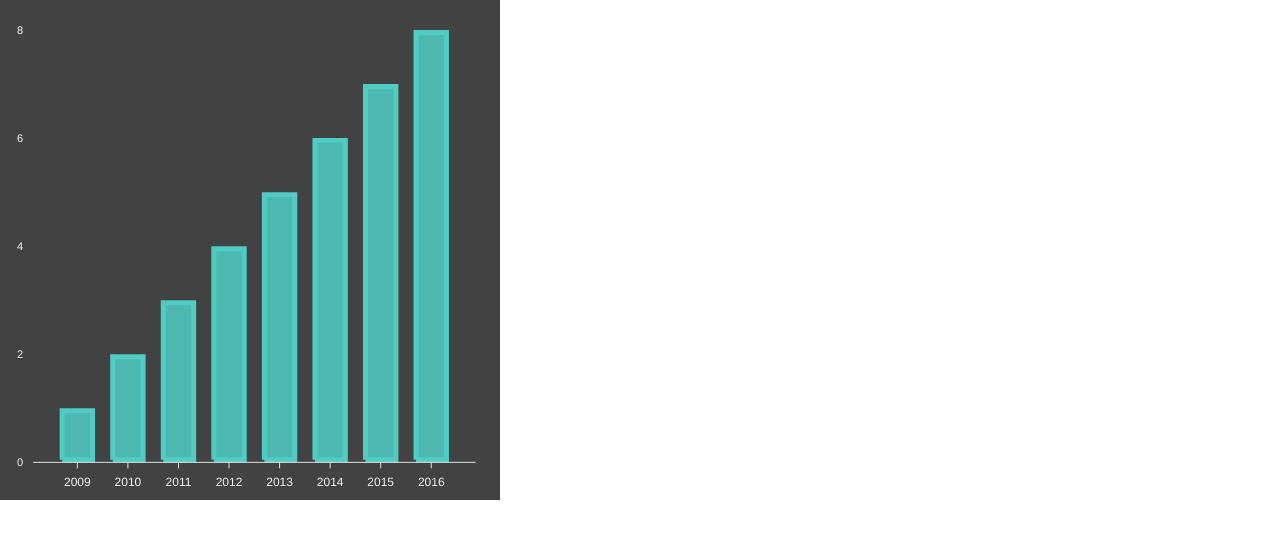
Repository: wanted-pre-onboarding-internship-1team/pre-onboarding-9th-3-1
Page: /
The author's editor kept a copy of each file at every save. The page is drawn from the files as they stood at one save, then again after a run of saves.
The browser window is 1280 px wide. The pictures show the whole page.
The project was rebuilt for these pictures with package versions that can differ from the ones it lists, and the page was loaded fresh each time.

Above is the page before, as saved 2023-03-15 00:48:38.

### public/index.html
<!DOCTYPE html>
<html lang="en">
  <head>
    <meta charset="utf-8" />
    <link rel="icon" href="%PUBLIC_URL%/favicon.ico" />
    <meta name="viewport" content="width=device-width, initial-scale=1" />
    <meta name="theme-color" content="#000000" />

    <title>React App</title>
  </head>

  <body>
    <div id="root"></div>
  </body>
</html>

### src/index.tsx
import App from './App';
import './index.css';
import React from 'react';
import ReactDOM from 'react-dom/client';
import { BrowserRouter } from 'react-router-dom';

const root = ReactDOM.createRoot(
  document.getElementById('root') as HTMLElement
);
root.render(
  <BrowserRouter>
    <App />
  </BrowserRouter>
);

### src/App.tsx
import Router from './router/router';
import { createGlobalStyle } from 'styled-components';
import reset from 'styled-reset';

const GlobalStyle = createGlobalStyle`
  ${reset}
`;

function App() {
  return (
    <>
      <GlobalStyle />
      <Router />
    </>
  );
}

export default App;

### src/router/router.tsx
import Mainpage from '../pages/Mainpage';
import React from 'react';
import { Route, Routes } from 'react-router-dom';

export default function router() {
  return (
    <Routes>
      <Route path='/' element={<Mainpage />} />
    </Routes>
  );
}

### src/pages/Mainpage.tsx
import { api } from '../apis';
import { GetMockResponse } from '../apis/types/mock';
import useMockList from '../hooks/useMockList';
import axios from 'axios';
import React, { useEffect, useState } from 'react';
import ApexCharts from 'react-apexcharts';

export default function Mainpage() {
  const test = useMockList();
  console.log(test);
  return (
    <div>
      <ApexCharts
        type='line'
        height='500'
        width='500'
        series={[
          {
            name: 'Column A',
            type: 'column',
            data: [1, 2, 3, 4, 5, 6, 7, 8],
          },
        ]}
        options={{
          theme: {
            mode: 'dark',
          },
          chart: {
            toolbar: {
              show: false,
            },
          },
          grid: { show: false },
          stroke: {
            curve: 'smooth',
            width: 5,
          },
          xaxis: {
            categories: [2009, 2010, 2011, 2012, 2013, 2014, 2015, 2016],
          },
        }}
      />
      {/* <ApexCharts
        height='500'
        width='1000'
        series={[
          {
            name: 'bar',
            type: 'column',
            data: [...test.barValueList.map(item => ({ y: 1 }))],
          },
          {
            name: 'area',
            type: 'area',
            data: test.areaValueList,
          },
        ]}
        options={{
          dataLabels: {
            enabled: false,
          },

          yaxis: [
            {
              seriesName: 'bar',
              axisTicks: {
                show: true,
              },
              axisBorder: {
                show: true,
              },
              title: {
                text: 'area1',
              },
            },
            {
              opposite: true,
              seriesName: 'area',
              axisTicks: {
                show: true,
              },
              axisBorder: {
                show: true,
              },
              title: {
                text: 'barList',
              },
            },
            {
              seriesName: 'id',
              show: false,
            },
          ],
          xaxis: {
            categories: test.timeList,
          },
          colors: ['#99C2A2', '#66C7F4', '#caa137'],
        }}
      /> */}
    </div>
  );
}

{
  /* <div>
<ApexCharts
  height='500'
  width='1000'
  series={[
    {
      name: 'TEAM A',
      type: 'column',
      data: test.areaValueList,
    },
  ]}
  options={{
    grid: {
      row: {
        colors: ['#f3f3f3', 'transparent'],
        opacity: 0.5,
      },
    },
    stroke: {
      width: [0, 2, 5],
      curve: 'smooth',
    },

    xaxis: {
      categories: test.timeList,
    },
    colors: ['red', 'blue'],
  }}
/>
</div> */
}

### src/hooks/useMockList.ts
import { api } from '../apis';
import { GetMockResponse } from '../apis/types/mock';
import { useEffect, useState } from 'react';

export default function useMockList() {
  const [originData, setOriginData] = useState<GetMockResponse['response']>();

  const dateList = originData ? Object.keys(originData) : [];

  const timeList = originData
    ? Object.keys(originData).map(time => time.split(' ')[1])
    : [];

  const idList = originData
    ? Object.entries(originData).map(entry => entry[1].id)
    : [];

  const barValueList = originData
    ? Object.entries(originData).map(entry => entry[1].value_bar)
    : [];

  const areaValueList = originData
    ? Object.entries(originData).map(entry => entry[1].value_area)
    : [];

  useEffect(() => {
    api.mock.getMockDatas().then(res => {
      const { data } = res;
      setOriginData(data.response);
    });
  }, []);

  return { timeList, dateList, idList, barValueList, areaValueList };
}

### src/apis/index.ts
import { instance } from './instance';
import MockService from './mockService';

const mockService = new MockService(instance);

export const api = { mock: mockService };

### src/apis/instance.ts
import axios, { AxiosInstance, AxiosRequestConfig, AxiosResponse } from 'axios';

interface CustomInstance extends AxiosInstance {
  get<T = unknown, R = AxiosResponse<T>, D = unknown>(
    url: string,
    config?: AxiosRequestConfig<D>
  ): Promise<R>;
}

const instance: CustomInstance = axios.create({
  baseURL: '/',
});

export { instance };

### src/apis/mockService.ts
import { instance } from './instance';
import { GetMockResponse } from './types/mock';

export default class MockService {
  constructor(private api: typeof instance) {}
  getMockDatas = async () => this.api.get<GetMockResponse>('data/mock.json');
}

### public/data/mock.json
{
  "type": "Flexsys Mock API",
  "version": 1.0,
  "response": {
    "2023-02-01 14:32:00": {
      "id": "성북구",
      "value_area": 46,
      "value_bar": 13111
    },
    "2023-02-01 14:32:05": {
      "id": "강남구",
      "value_area": 9,
      "value_bar": 19143
    },
    "2023-02-01 14:32:10": {
      "id": "노원구",
      "value_area": 79,
      "value_bar": 14798
    },
    "2023-02-01 14:32:15": {
      "id": "중랑구",
      "value_area": 4,
      "value_bar": 14456
    },
    "2023-02-01 14:32:20": {
      "id": "노원구",
      "value_area": 97,
      "value_bar": 19116
    },
    "2023-02-01 14:32:25": {
      "id": "성북구",
      "value_area": 66,
      "value_bar": 18098
    },
    "2023-02-01 14:32:30": {
      "id": "중랑구",
      "value_area": 84,
      "value_bar": 16243
    },
    "2023-02-01 14:32:35": {
      "id": "강남구",
      "value_area": 5,
      "value_bar": 13100
    },
    "2023-02-01 14:32:40": {
      "id": "성북구",
      "value_area": 13,
      "value_bar": 19429
    },
    "2023-02-01 14:32:45": {
      "id": "노원구",
      "value_area": 50,
      "value_bar": 14923
    },
    "2023-02-01 14:32:50": {
      "id": "강남구",
      "value_area": 24,
      "value_bar": 10127
    },
    "2023-02-01 14:32:55": {
      "id": "강남구",
      "value_area": 98,
      "value_bar": 12583
    },
    "2023-02-01 14:33:00": {
      "id": "중랑구",
      "value_area": 7,
      "value_bar": 12310
    },
    "2023-02-01 14:33:05": {
      "id": "중랑구",
      "value_area": 21,
      "value_bar": 15764
    },
    "2023-02-01 14:33:10": {
      "id": "강남구",
      "value_area": 67,
      "value_bar": 11060
    },
    "2023-02-01 14:33:15": {
      "id": "강남구",
      "value_area": 69,
      "value_bar": 14857
    },
    "2023-02-01 14:33:20": {
      "id": "노원구",
      "value_area": 86,
      "value_bar": 13995
    },
    "2023-02-01 14:33:25": {
      "id": "중랑구",
      "value_area": 59,
      "value_bar": 14773
    },
    "2023-02-01 14:33:30": {
      "id": "노원구",
      "value_area": 77,
      "value_bar": 18347
    },
    "2023-02-01 14:33:35": {
      "id": "성북구",
      "value_area": 77,
      "value_bar": 15970
    },
    "2023-02-01 14:33:40": {
      "id": "성북구",
      "value_area": 27,
      "value_bar": 18577
    },
    "2023-02-01 14:33:45": {
      "id": "성북구",
      "value_area": 33,
      "value_bar": 11704
    },
    "2023-02-01 14:33:50": {
      "id": "성북구",
      "value_area": 17,
      "value_bar": 17241
    },
    "2023-02-01 14:33:55": {
      "id": "노원구",
      "value_area": 22,
      "value_bar": 14450
    },
    "2023-02-01 14:34:00": {
      "id": "중랑구",
      "value_area": 27,
      "value_bar": 14970
    },
    "2023-02-01 14:34:05": {
      "id": "중랑구",
      "value_area": 99,
      "value_bar": 17906
    },
    "2023-02-01 14:34:10": {
      "id": "강남구",
      "value_area": 65,
      "value_bar": 11233
    },
    "2023-02-01 14:34:15": {
      "id": "노원구",
      "value_area": 38,
      "value_bar": 17306
    },
    "2023-02-01 14:34:20": {
      "id": "성북구",
      "value_area": 63,
      "value_bar": 14577
    },
    "2023-02-01 14:34:25": {
      "id": "중랑구",
      "value_area": 58,
      "value_bar": 13199
    },
    "2023-02-01 14:34:30": {
      "id": "중랑구",
      "value_area": 93,
      "value_bar": 12707
    },
    "2023-02-01 14:34:35": {
      "id": "강남구",
      "value_area": 74,
      "value_bar": 15064
    },
    "2023-02-01 14:34:40": {
      "id": "강남구",
      "value_area": 45,
      "value_bar": 16300
    },
    "2023-02-01 14:34:45": {
      "id": "성북구",
      "value_area": 7,
      "value_bar": 14605
    },
    "2023-02-01 14:34:50": {
      "id": "노원구",
      "value_area": 7,
      "value_bar": 15210
    },
    "2023-02-01 14:34:55": {
      "id": "성북구",
      "value_area": 89,
      "value_bar": 13578
    },
    "2023-02-01 14:35:00": {
      "id": "중랑구",
      "value_area": 37,
      "value_bar": 11298
    },
    "2023-02-01 14:35:05": {
      "id": "노원구",
      "value_area": 82,
      "value_bar": 15686
    },
    "2023-02-01 14:35:10": {
      "id": "중랑구",
      "value_area": 19,
      "value_bar": 11485
    },
    "2023-02-01 14:35:15": {
      "id": "성북구",
      "value_area": 37,
      "value_bar": 16848
    },
    "2023-02-01 14:35:20": {
      "id": "성북구",
      "value_area": 91,
      "value_bar": 18670
    },
    "2023-02-01 14:35:25": {
      "id": "강남구",
      "value_area": 44,
      "value_bar": 17165
    },
    "2023-02-01 14:35:30": {
      "id": "성북구",
      "value_area": 88,
      "value_bar": 15053
    },
    "2023-02-01 14:35:35": {
      "id": "성북구",
      "value_area": 1,
      "value_bar": 14998
    },
    "2023-02-01 14:35:40": {
      "id": "강남구",
      "value_area": 7,
      "value_bar": 17739
    },
    "2023-02-01 14:35:45": {
      "id": "중랑구",
      "value_area": 17,
      "value_bar": 19212
    },
    "2023-02-01 14:35:50": {
      "id": "노원구",
      "value_area": 73,
      "value_bar": 16757
    },
    "2023-02-01 14:35:55": {
      "id": "노원구",
      "value_area": 24,
      "value_bar": 12864
    },
    "2023-02-01 14:36:00": {
      "id": "노원구",
      "value_area": 99,
      "value_bar": 10178
    },
    "2023-02-01 14:36:05": {
      "id": "성북구",
      "value_area": 13,
      "value_bar": 19425
    },
    "2023-02-01 14:36:10": {
      "id": "강남구",
      "value_area": 2,
      "value_bar": 12455
    },
    "2023-02-01 14:36:15": {
      "id": "노원구",
      "value_area": 91,
      "value_bar": 16945
    },
    "2023-02-01 14:36:20": {
      "id": "성북구",
      "value_area": 10,
      "value_bar": 13734
    },
    "2023-02-01 14:36:25": {
      "id": "성북구",
      "value_area": 14,
      "value_bar": 13894
    },
    "2023-02-01 14:36:30": {
      "id": "중랑구",
      "value_area": 82,
      "value_bar": 19367
    },
    "2023-02-01 14:36:35": {
      "id": "중랑구",
      "value_area": 71,
      "value_bar": 15492
    },
    "2023-02-01 14:36:40": {
      "id": "강남구",
      "value_area": 2,
      "value_bar": 19082
    },
    "2023-02-01 14:36:45": {
      "id": "노원구",
      "value_area": 24,
      "value_bar": 13117
    },
    "2023-02-01 14:36:50": {
      "id": "노원구",
      "value_area": 96,
      "value_bar": 15744
    },
    "2023-02-01 14:36:55": {
      "id": "성북구",
      "value_area": 74,
      "value_bar": 15609
    },
    "2023-02-01 14:37:00": {
      "id": "노원구",
      "value_area": 48,
      "value_bar": 14747
    },
    "2023-02-01 14:37:05": {
      "id": "중랑구",
      "value_area": 34,
      "value_bar": 15331
    },
    "2023-02-01 14:37:10": {
      "id": "노원구",
      "value_area": 73,
      "value_bar": 12292
    },
    "2023-02-01 14:37:15": {
      "id": "강남구",
      "value_area": 77,
      "value_bar": 11454
    },
    "2023-02-01 14:37:20": {
      "id": "강남구",
      "value_area": 94,
      "value_bar": 12972
    },
    "2023-02-01 14:37:25": {
      "id": "성북구",
      "value_area": 29,
      "value_bar": 19279
    },
    "2023-02-01 14:37:30": {
      "id": "노원구",
      "value_area": 73,
      "value_bar": 18371
    },
    "2023-02-01 14:37:35": {
      "id": "노원구",
      "value_area": 50,
      "value_bar": 13317
    },
    "2023-02-01 14:37:40": {
      "id": "강남구",
      "value_area": 65,
      "value_bar": 18504
    },
    "2023-02-01 14:37:45": {
      "id": "성북구",
      "value_area": 87,
      "value_bar": 16196
    },
    "2023-02-01 14:37:50": {
      "id": "강남구",
      "value_area": 14,
      "value_bar": 19701
    },
    "2023-02-01 14:37:55": {
      "id": "중랑구",
      "value_area": 80,
      "value_bar": 14836
    },
    "2023-02-01 14:38:00": {
      "id": "노원구",
      "value_area": 14,
      "value_bar": 13074
    },
    "2023-02-01 14:38:05": {
      "id": "성북구",
      "value_area": 25,
      "value_bar": 18335
    },
    "2023-02-01 14:38:10": {
      "id": "중랑구",
      "value_area": 22,
      "value_bar": 15022
    },
    "2023-02-01 14:38:15": {
      "id": "노원구",
      "value_area": 6,
      "value_bar": 12043
    },
    "2023-02-01 14:38:20": {
      "id": "중랑구",
      "value_area": 88,
      "value_bar": 11144
    },
    "2023-02-01 14:38:25": {
      "id": "강남구",
      "value_area": 1,
      "value_bar": 17518
    },
    "2023-02-01 14:38:30": {
      "id": "노원구",
      "value_area": 90,
      "value_bar": 18643
    },
    "2023-02-01 14:38:35": {
      "id": "성북구",
      "value_area": 98,
      "value_bar": 18318
    },
    "2023-02-01 14:38:40": {
      "id": "중랑구",
      "value_area": 4,
      "value_bar": 10746
    },
    "2023-02-01 14:38:45": {
      "id": "강남구",
      "value_area": 43,
      "value_bar": 18806
    },
    "2023-02-01 14:38:50": {
      "id": "중랑구",
      "value_area": 43,
      "value_bar": 16209
    },
    "2023-02-01 14:38:55": {
      "id": "강남구",
      "value_area": 91,
      "value_bar": 14273
    },
    "2023-02-01 14:39:00": {
      "id": "성북구",
      "value_area": 31,
      "value_bar": 19193
    },
    "2023-02-01 14:39:05": {
      "id": "성북구",
      "value_area": 92,
      "value_bar": 19661
    },
    "2023-02-01 14:39:10": {
      "id": "노원구",
      "value_area": 20,
      "value_bar": 19574
    },
    "2023-02-01 14:39:15": {
      "id": "중랑구",
      "value_area": 72,
      "value_bar": 18963
    },
    "2023-02-01 14:39:20": {
      "id": "강남구",
      "value_area": 15,
      "value_bar": 13083
    },
    "2023-02-01 14:39:25": {
      "id": "성북구",
      "value_area": 34,
      "value_bar": 12868
    },
    "2023-02-01 14:39:30": {
      "id": "강남구",
      "value_area": 44,
      "value_bar": 10836
    },
    "2023-02-01 14:39:35": {
      "id": "중랑구",
      "value_area": 13,
      "value_bar": 14255
    },
    "2023-02-01 14:39:40": {
      "id": "노원구",
      "value_area": 35,
      "value_bar": 15437
    },
    "2023-02-01 14:39:45": {
      "id": "중랑구",
      "value_area": 95,
      "value_bar": 18426
    },
    "2023-02-01 14:39:50": {
      "id": "강남구",
      "value_area": 61,
      "value_bar": 11387
    },
    "2023-02-01 14:39:55": {
      "id": "성북구",
      "value_area": 18,
      "value_bar": 14312
    },
    "2023-02-01 14:40:00": {
      "id": "성북구",
      "value_area": 18,
      "value_bar": 18700
    },
    "2023-02-01 14:40:05": {
      "id": "중랑구",
      "value_area": 92,
      "value_bar": 18053
    },
    "2023-02-01 14:40:10": {
      "id": "강남구",
      "value_area": 75,
      "value_bar": 13460
    },
    "2023-02-01 14:40:15": {
      "id": "성북구",
      "value_area": 15,
      "value_bar": 14829
    }
  }
}

Loaded but not shown: src/index.css (common file)

After the next 2 saves:
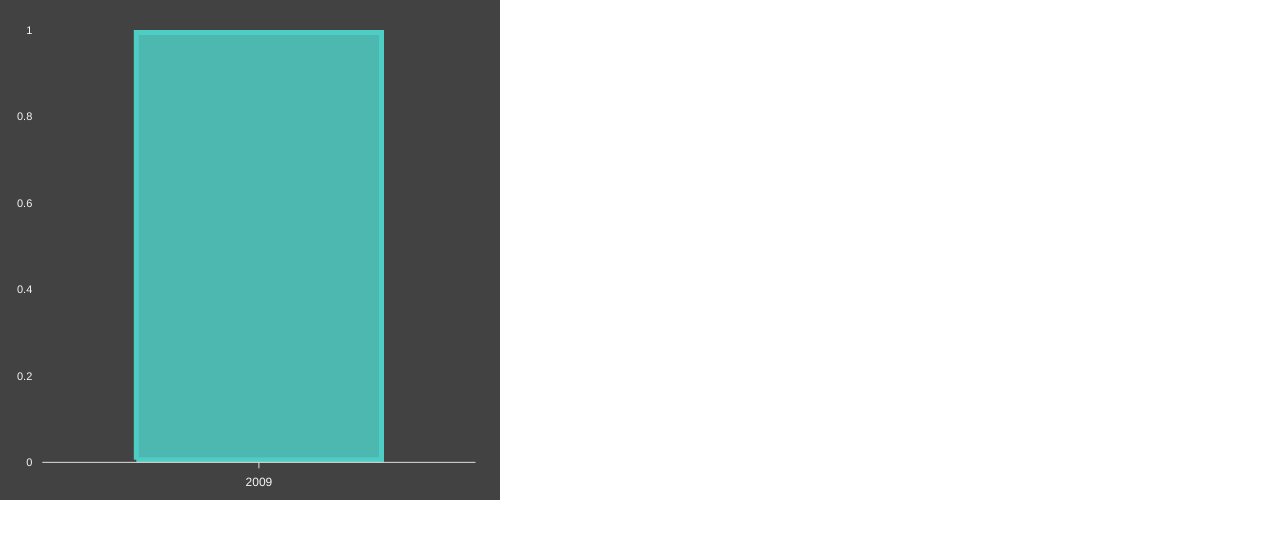
The 2 saves are shown as one change because 1 did not build or start.
The last was saved 46 s later.
--- a/src/pages/Mainpage.tsx
+++ b/src/pages/Mainpage.tsx
@@ -18,7 +18,8 @@ export default function Mainpage() {
           {
             name: 'Column A',
             type: 'column',
-            data: [1, 2, 3, 4, 5, 6, 7, 8],
+            // data: [1, 2, 3, 4, 5, 6, 7, 8],
+            data: [{ x: 1, y: 1, txt: 1 }],
           },
         ]}
         options={{
